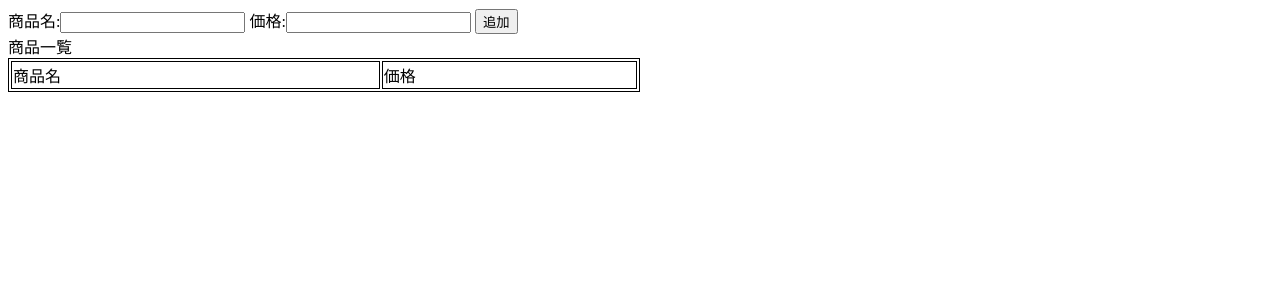
Repository: kawahito05-work/dc_work_nakano_kawahito_php
Page: http://localhost/htdocs/php16/challenge_mysql_insert.php
The author's editor kept a record of every edit. The page is drawn from the files as they stood at one moment, then again after the next edit.
The browser window is 1280 px wide. The pictures show the whole page.
The page is run by PHP 8.4 with error messages shown; the project is at /var/www/html/. Queries for data that is not in the repository find no rows.

Above is the page before.

### htdocs/php16/challenge_mysql_insert.php
<?php
$goods_data = [];

$host = 'localhost';
$username = 'codecamp42254';
$passwd = 'codecamp42254';
$dbname = 'codecamp42254';
$link = mysqli_connect($host, $username, $passwd, $dbname);

if ((isset($_GET['name']) === TRUE ) && (isset($_GET['price']) === TRUE )){
    $name = $_GET['name'];
    $price = $_GET['price'];
    print 'kasu';

    if ((is_string($name) === FALSE ) || (is_string($price) === FALSE)){
        print 'kasu';
    }

}

if ($link) {
    mysqli_set_charset($link, 'utf8');
    $query = 'SELECT goods_name, price FROM goods_table';
    $result = mysqli_query($link, $query);
    while($row = mysqli_fetch_array($result)){
        $goods_data[] = $row;
    }
    mysqli_free_result($result);
    mysqli_close($link);
}else{
    print 'DB接続失敗';
}
?>


<!DOCTYPE html>
<html lang="ja">
<head>
    <meta charset="UTF-8">
    <title></title>
    <style>
        table, td, tr {
            border: solid black 1px;
        }
        table {
            width: 50%;;
        }
    </style>
</head>
<body>
<form>
    商品名:<input type="text" name="name" value="">
    価格:<input type="text" name="price" value="">
    <input type="submit" value="追加">
</form>
商品一覧
<table>
    <tr>
        <td>商品名</td>
        <td>価格</td>
    </tr>
    <?php
        foreach($goods_data as $value){
    ?>
        <tr>
            <td><?php print htmlspecialchars($value['goods_name'], ENT_QUOTES, 'UTF-8'); ?></td>
            <td><?php print htmlspecialchars($value['price'], ENT_QUOTES, 'UTF-8'); ?></td>
        </tr>
    <?php
    }
    ?>
</table>
</body>
</html>

After the next edit:
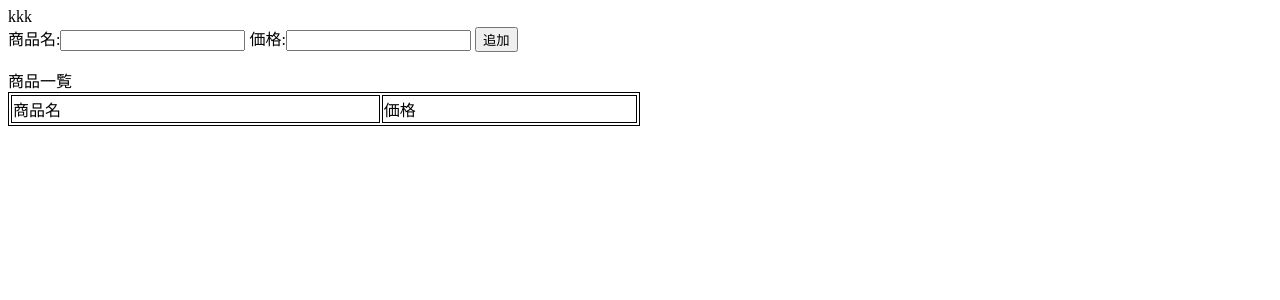
The edit:
--- a/htdocs/php16/challenge_mysql_insert.php
+++ b/htdocs/php16/challenge_mysql_insert.php
@@ -16,6 +16,8 @@
         print 'kasu';
     }
 
+}else{
+    print 'kkk';
 }
 
 if ($link) {
